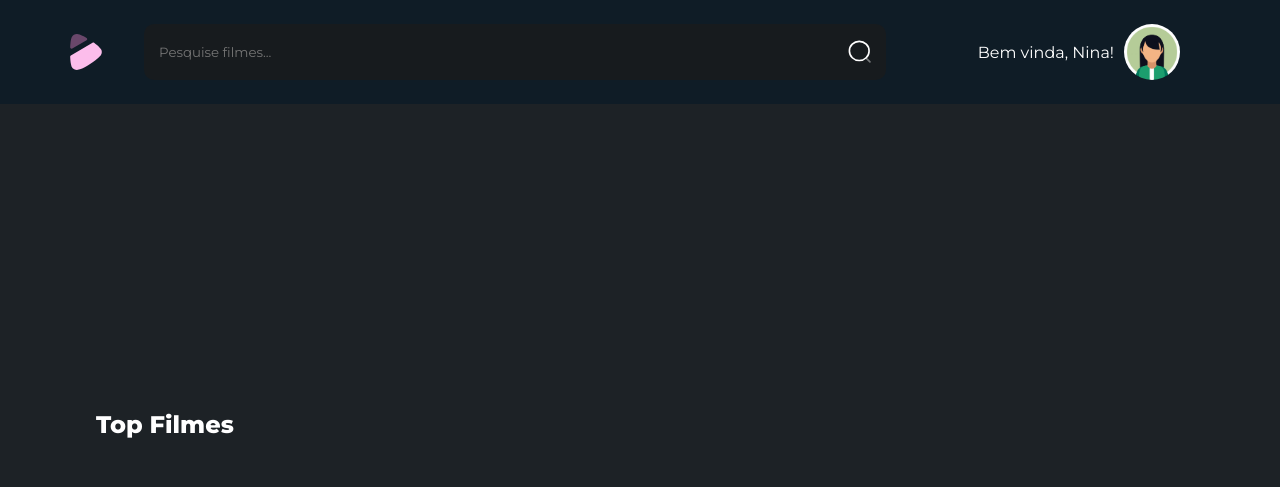
Repository: MilenaMelo/Cubos-Flix
Page: / (app in cubos-flix/)
These files come from the project's save history. The page is drawn as it stood at one moment and after the next save; the edit follows.
The browser window is 1280 px wide. The pictures show the whole page.
The project was rebuilt for these pictures with package versions that can differ from the ones it lists, and the page was loaded fresh each time.

Above is the page before, as saved 2021-06-19 14:42:51.

After the next save:
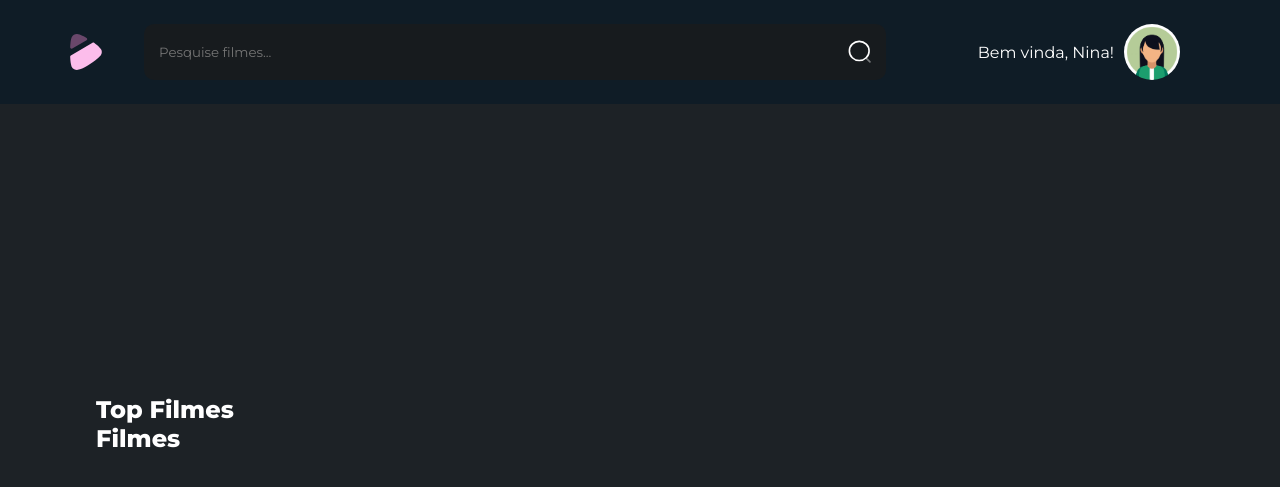
Saved 119 s later.
--- a/cubos-flix/src/App.js
+++ b/cubos-flix/src/App.js
@@ -8,7 +8,14 @@ function App() {
         <Navbar/>
       </header>
       <section className="content">
-        <h1>Top Filmes</h1>
+        <div>
+          <h1>Top Filmes</h1>
+
+        </div>
+        <div>
+          <h1>Filmes</h1>
+
+        </div>
 
       </section>
       <section className="side-content">
